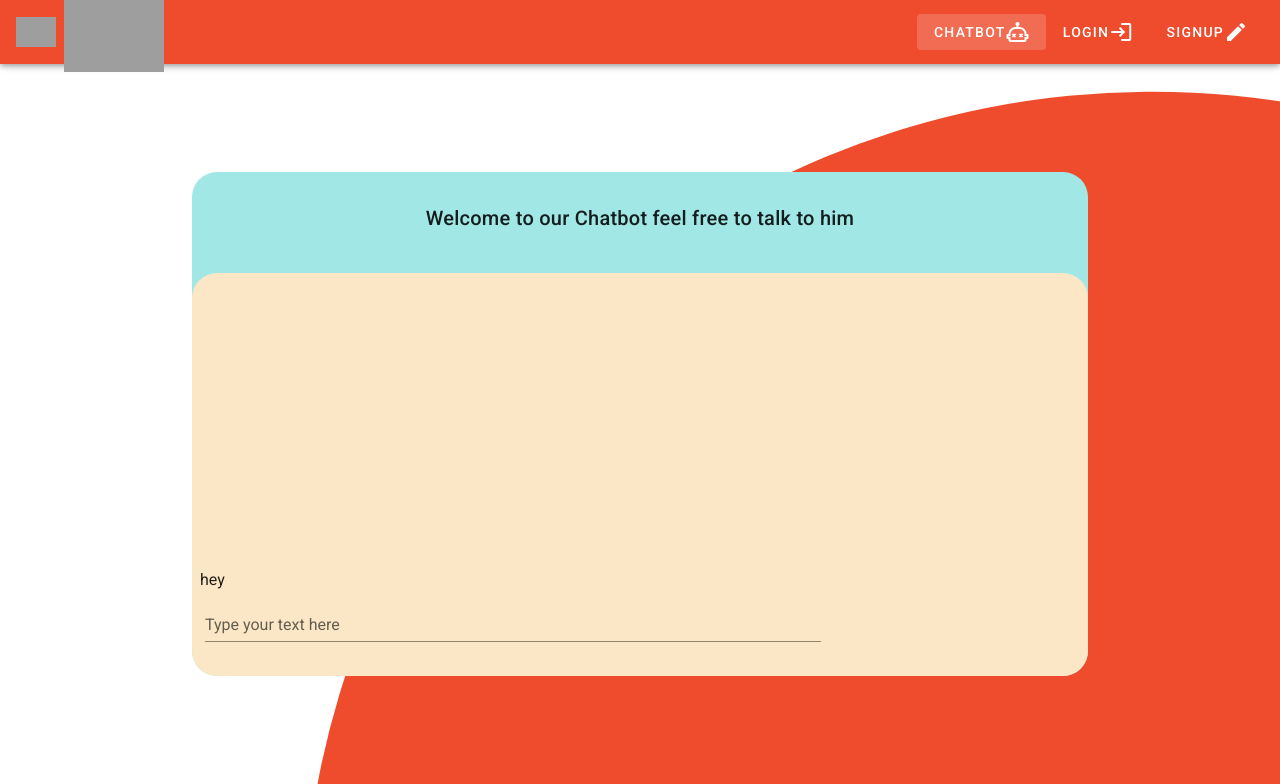
Repository: atout811/pyTorch-Hackathon
Page: /chatbot (app in frontend/)
These files come from the project's save history. The page is drawn as it stood at one moment and after the next save; the edit follows.
The browser window is 1280 px wide. The pictures show the whole page.
Pictures or frames that could not be fetched are drawn as grey boxes. The project was rebuilt for these pictures with package versions that can differ from the ones it lists, and the page was loaded fresh each time. Also part of the build but not shown: frontend/vue.config.js, frontend/src/views/Home.vue.

Above is the page before, as saved 2021-10-21 15:06:30.

After the next save:
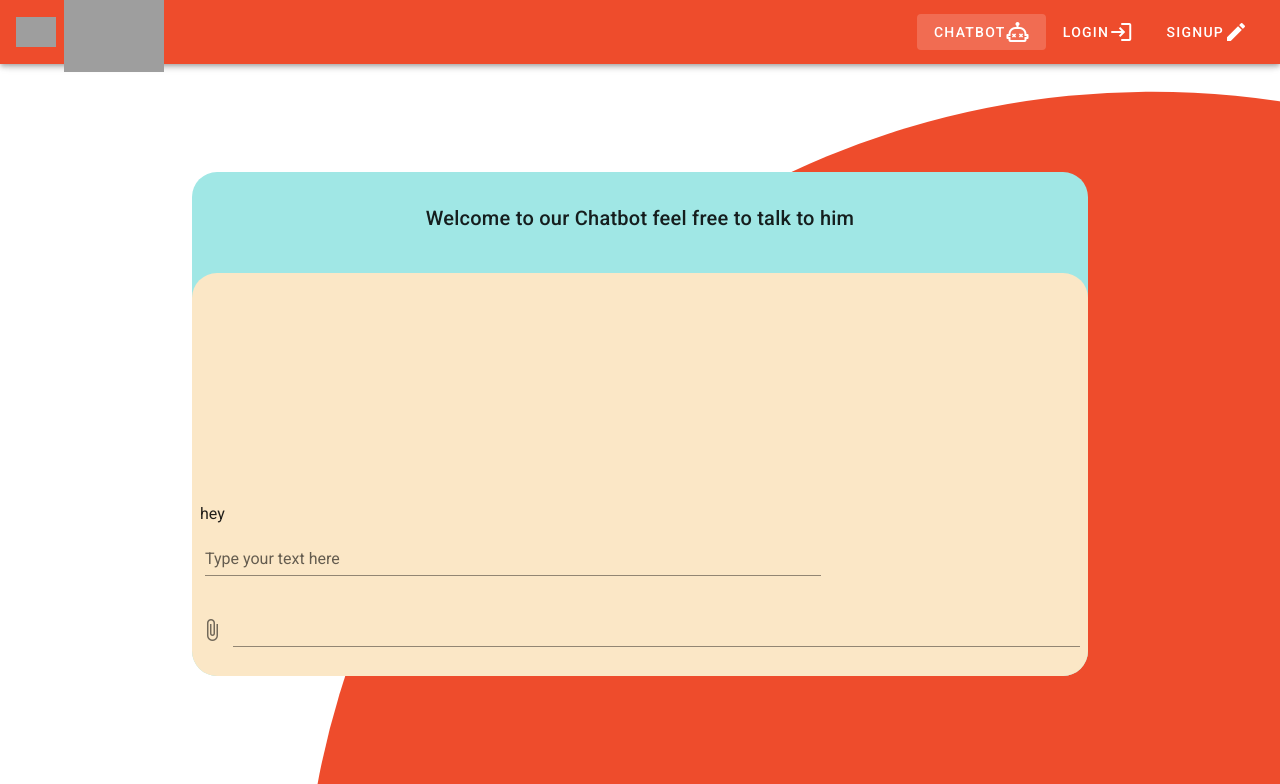
Saved 81 s later.
--- a/frontend/src/views/Chatbot.vue
+++ b/frontend/src/views/Chatbot.vue
@@ -9,6 +9,7 @@
             class="text-input"
             label="Type your text here"
           ></v-text-field>
+          <v-file-input accept="image/*"></v-file-input>
         </div>
       </div>
     </div>
